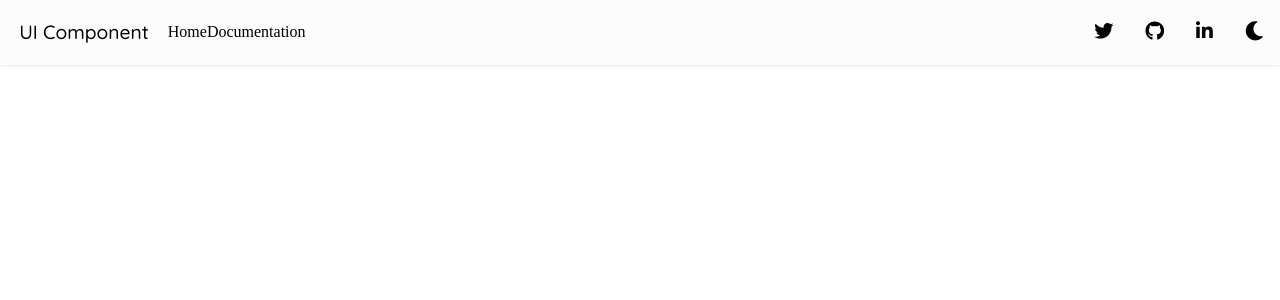
Repository: anuj-kumary/cmp-liab
Page: index.html
An editor plug-in stored every save of this project. The page is shown before and after the next save, followed by the edit.
The browser window is 1280 px wide. The pictures show the whole page.
Some web libraries are served in a nearby version.

Above is the page before, as saved 2022-01-13 21:03:16.

After the next save:
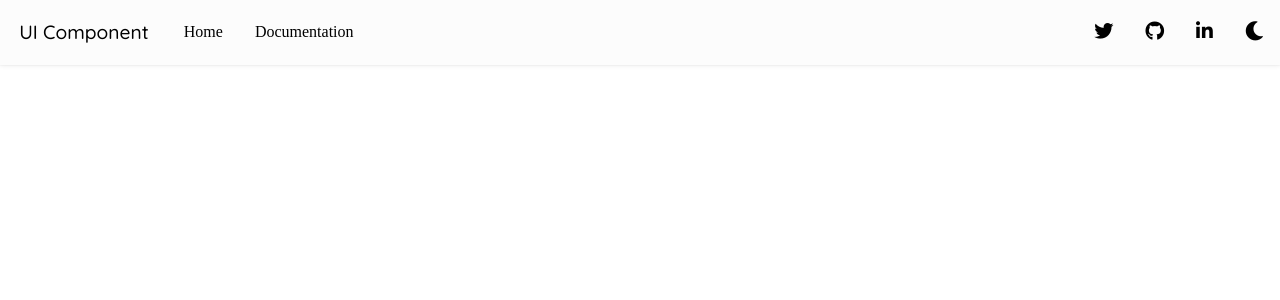
Saved 12 s later.
--- a/style.css
+++ b/style.css
@@ -25,6 +25,9 @@ nav{
     font-family: var(--font-family);
     font-weight: 500;
 }
+.nav-link{
+    padding: 1rem;
+}
 .social-Link,.navbar{
     display: flex;
     align-items: center;
